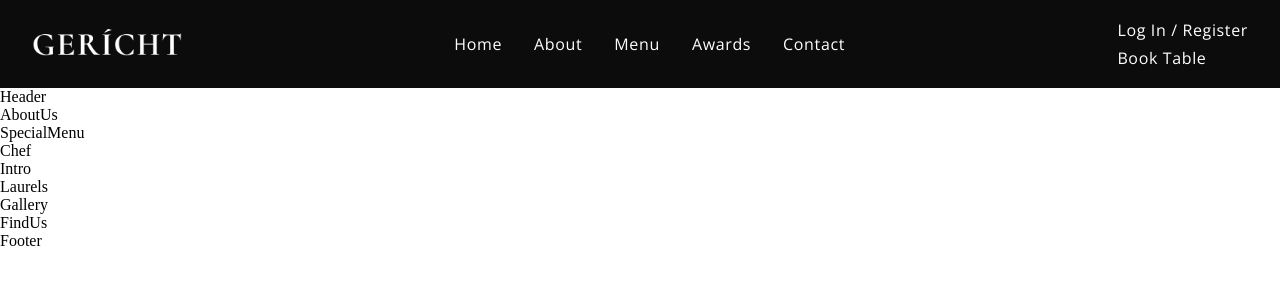
Repository: Isanderr/react-restaurant-page
Page: /
An editor plug-in stored every save of this project. The page is shown before and after the next save, followed by the edit.
The browser window is 1280 px wide. The pictures show the whole page.
Some web fonts or font styles are not loaded; a fallback is used. The project was rebuilt for these pictures with package versions that can differ from the ones it lists, and the page was loaded fresh each time. Also part of the build but not shown: src/components/SubHeading/SubHeading.jsx, src/components/Footer/Newsletter.jsx, src/components/Footer/FooterOverlay.jsx, src/components/Menuitem/MenuItem.jsx.

Above is the page before, as saved 2022-05-21 14:17:26.

### public/index.html
<!DOCTYPE html>
<html lang="en">
  <head>
    <meta charset="utf-8" />
    <link rel="icon" href="%PUBLIC_URL%/favicon.ico" />
    <meta name="viewport" content="width=device-width, initial-scale=1" />
    <meta name="theme-color" content="#000000" />
    <meta
      name="description"
      content="Web site created using create-react-app"
    />
    <link rel="apple-touch-icon" href="%PUBLIC_URL%/logo192.png" />
    <link rel="manifest" href="%PUBLIC_URL%/manifest.json" />
    <title>Restaurant Page</title>
  </head>
  <body>
    <noscript>You need to enable JavaScript to run this app.</noscript>
    <div id="root"></div>
  </body>
</html>

### src/index.js
import React from 'react';
import { createRoot } from 'react-dom/client';

import './index.css';
import App from './App';

const container = document.getElementById('root');
const root = createRoot(container);
root.render(<React.StrictMode>
  <App />
</React.StrictMode>);

### src/components/Navbar/Navbar.jsx
import React from 'react';
import {GiHamburgerMenu} from 'react-icons/gi';
import {MdOutlineRestaurantMenu} from 'react-icons/md';
import images from '../../constants/images';


import './Navbar.css';

const Navbar = () => (
  <nav className="app__navbar">
    <div className="app__navbar-logo">
      <img src={ images.gericht} alt="logo"/>
    </div>
    <ul className="app__navbar-links">
      <li className="p__opensans"><a href="#home">Home</a></li>
      <li className="p__opensans"><a href="#about">About</a></li>
      <li className="p__opensans"><a href="#menu">Menu</a></li>
      <li className="p__opensans"><a href="#awards">Awards</a></li>
      <li className="p__opensans"><a href="#contact">Contact</a></li>
    </ul>
    <div className="app__navbar-login">
      <a href="#login" className="p__opensans">Log in / Register</a>
      <div />
      <a href="/" className="p__opensans">Book Table</a>
    </div>
  </nav>
);

export default Navbar;

### src/constants/images.js
import bg from '../assets/bg.png';
import chef from '../assets/chef.png';
import G from '../assets/G.png';
import gallery01 from '../assets/gallery01.png';
import gallery02 from '../assets/gallery02.png';
import gallery03 from '../assets/gallery03.png';
import gallery04 from '../assets/gallery04.png';
import knife from '../assets/knife.png';
import logo from '../assets/logo.png';
import menu from '../assets/menu.png';
import overlaybg from '../assets/overlaybg.png';
import spoon from '../assets/spoon.svg';
import welcome from '../assets/welcome.png';
import findus from '../assets/findus.png';
import laurels from '../assets/laurels.png';
import award01 from '../assets/award01.png';
import award02 from '../assets/award02.png';
import award03 from '../assets/award03.png';
import award05 from '../assets/award05.png';
import sign from '../assets/sign.png';
import quote from '../assets/quote.png';
import gericht from '../assets/gericht.png';

export default {
  bg,
  chef,
  G,
  gallery01,
  gallery02,
  gallery03,
  gallery04,
  knife,
  logo,
  menu,
  overlaybg,
  spoon,
  welcome,
  findus,
  laurels,
  award01,
  award02,
  award03,
  award05,
  sign,
  quote,
  gericht,
};

### src/components/Navbar/Navbar.css
.app__navbar {
    width: 100%;
    display: flex;
    justify-content: space-between;
    align-items: center;
    background: var(--color-black);
    padding: 1rem 2rem;
}

.app__navbar-logo{
    display: flex;
    justify-content: flex-start;
    align-items: center;
}

.app__navbar-logo img {
    width: 150px;
}

.app__navbar-links {
    flex: 1;
    display: flex;
    justify-content: center;
    align-items: center;

    list-style: none;
}
.app__navbar-links li{
    margin: 0 1rem;
    cursor: pointer;
}

.app__navbar-links li:hover{
    color: var(--color-grey)
}

Loaded but not shown: src/index.css (common file); src/App.js (common file); src/container/index.js (common file); src/components/index.js (common file); src/App.css (common file); src/container/AboutUs/AboutUs.jsx (common file); src/container/Chef/Chef.jsx (common file); src/container/Findus/FindUs.jsx (common file); src/container/Footer/Footer.jsx (common file); src/container/Gallery/Gallery.jsx (common file); src/container/Header/Header.jsx (common file); src/container/Intro/Intro.jsx (common file); src/container/Laurels/Laurels.jsx (common file); src/container/Menu/SpecialMenu.jsx (common file); src/components/Footer/FooterOverlay.css (no stored copy; drawn as an empty file); src/components/Footer/Newsletter.css (no stored copy; drawn as an empty file); src/components/Menuitem/MenuItem.css (no stored copy; drawn as an empty file); src/container/AboutUs/AboutUs.css (no stored copy; drawn as an empty file); src/container/Chef/Chef.css (no stored copy; drawn as an empty file); src/container/Footer/Footer.css (no stored copy; drawn as an empty file); src/container/Gallery/Gallery.css (no stored copy; drawn as an empty file); src/container/Header/Header.css (no stored copy; drawn as an empty file); src/container/Intro/Intro.css (no stored copy; drawn as an empty file); src/container/Laurels/Laurels.css (no stored copy; drawn as an empty file); src/container/Menu/SpecialMenu.css (no stored copy; drawn as an empty file)

After the next save:
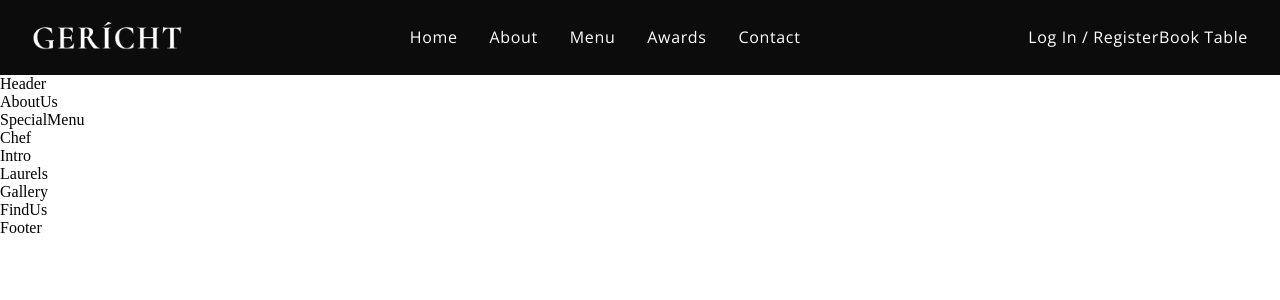
Saved 3 min 57 s later.
--- a/src/components/Navbar/Navbar.css
+++ b/src/components/Navbar/Navbar.css
@@ -33,3 +33,8 @@
 .app__navbar-links li:hover{
     color: var(--color-grey)
 }
+
+.app__navbar-login{
+    display: flex;
+    justify-content: flex-end;
+}
